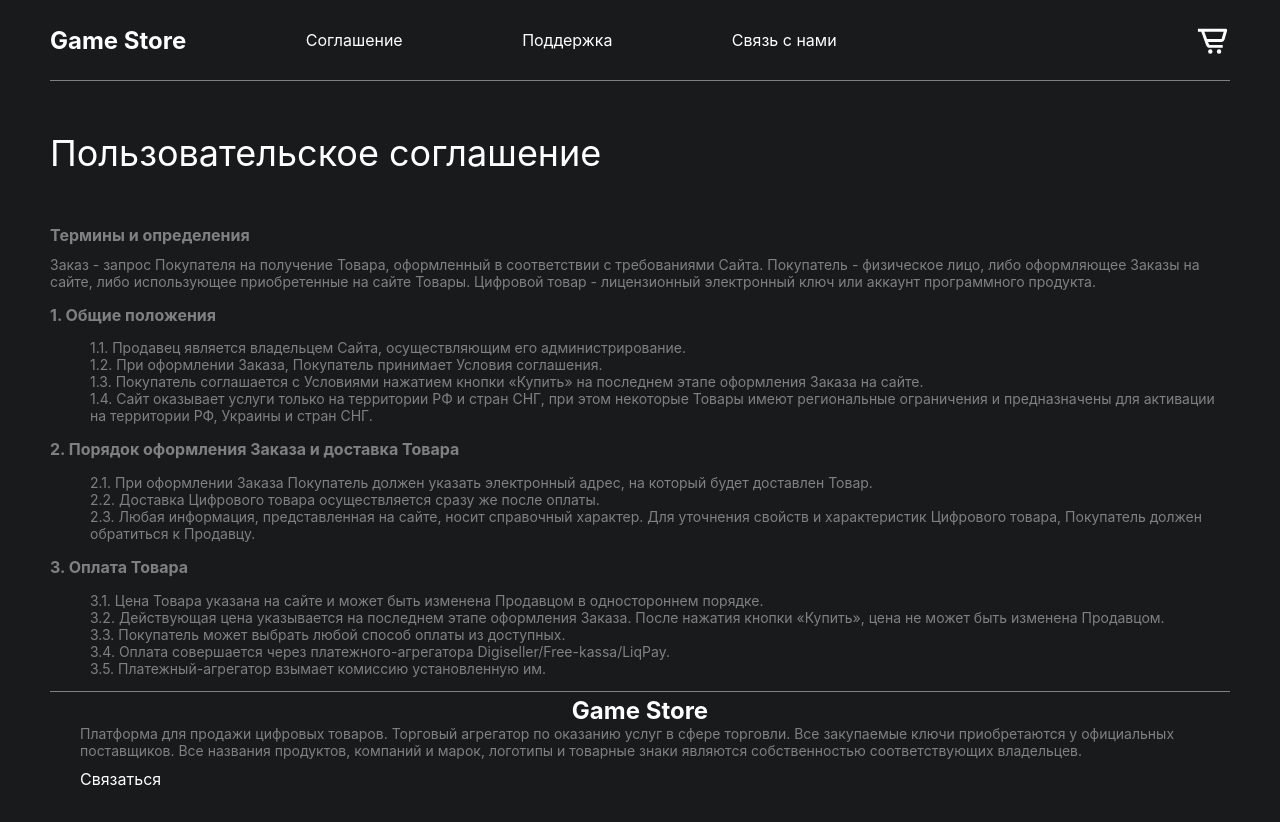
Repository: Minkeani/GameStore
Page: /agreement
An editor plug-in stored every save of this project. The page is shown before and after the next save, followed by the edit.
The browser window is 1280 px wide. The pictures show the whole page.
The project was rebuilt for these pictures with package versions that can differ from the ones it lists, and the page was loaded fresh each time. Also part of the build but not shown: src/components/ItemsInCart/ItemsInCart.css, src/components/ItemsInCart/ItemsInCart.jsx, src/components/CartMenu/CartMenu.css, src/components/Btn/Btn.css, src/components/Btn/Btn.jsx, src/components/CartItem/CartItem.css, src/components/CartItem/CartItem.jsx, src/components/utils/utils.js and 17 more.

Above is the page before, as saved 2022-09-11 11:00:16.

After the next save:
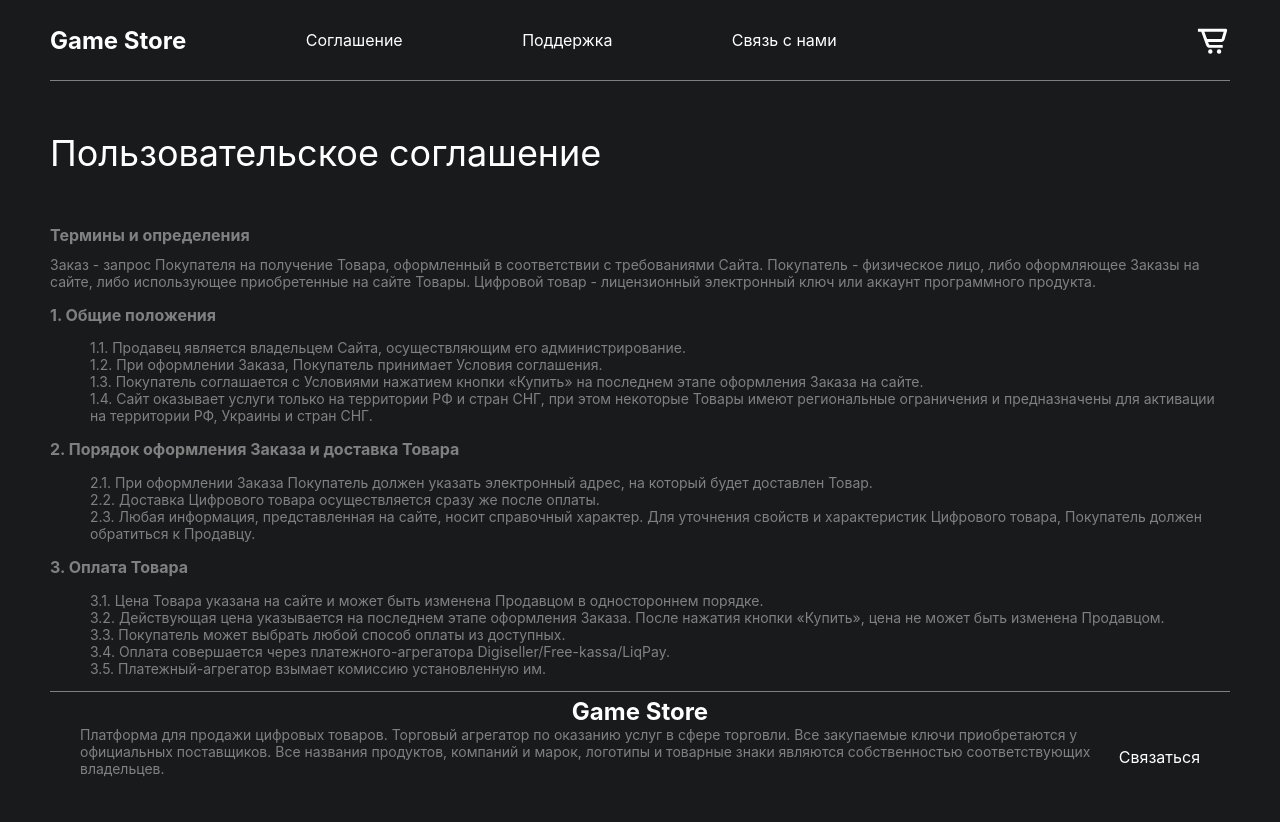
Saved 47 s later.
--- a/src/components/Footer/Footer.css
+++ b/src/components/Footer/Footer.css
@@ -15,5 +15,10 @@
     flex-direction: column;
     align-items: center;
     justify-content: space-between;
+}
 
+.wrapper__footer div {
+    display: flex;
+    align-items: center;
+    justify-content: center
 }
